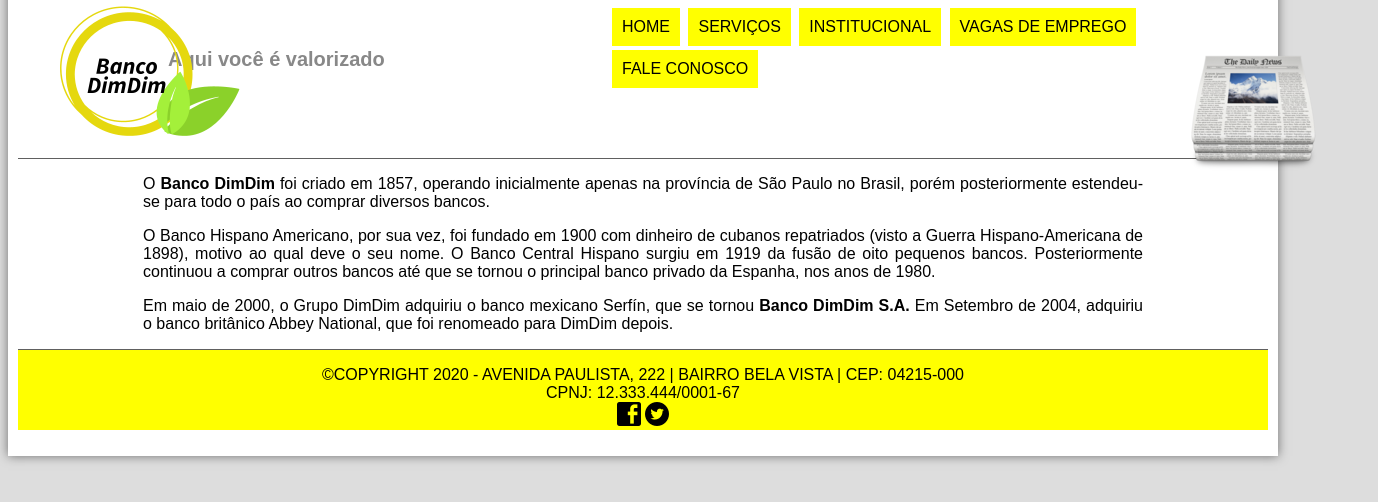
Repository: marceloShibuya/DevOps
Page: http://localhost/Nac_DevOPS/emprego.html
These files come from the project's save history. The page is drawn as it stood at one moment and after the next save; the edit follows.
The browser window is 1280 px wide. The page is 1317 px wide, then 1378 px, so the pictures cover 1378 px, including what lies to the right of the window. The pictures show the whole page.
Some web fonts or font styles are not loaded; a fallback is used. The page is served by Tomcat 9. Other server files are loaded and not shown.

Above is the page before, as saved 2020-02-24 21:36:31.

### Nac_DevOPS/WebContent/emprego.html
<!DOCTYPE html>
<html>
<head>
	<meta charset="utf-8">
	<title>Nac DevOPS</title>
	<link rel="stylesheet" type="text/css" href="_css/estilo.css">
</head>
<script src="_javascript/funcoes.js"></script>
<body>
<div id="interface">
	<header id="cabecalho">
		<hgroup>
			<h2>Aqui você é valorizado</h2>
		</hgroup>
		<img id="icone" src="_imagens/logo_DimDim.png">
		<img id="icone_2" src="_imagens/emprego.png">
	<nav id="menu">
		<ul>
			<li onmouseover="mudaFoto('_imagens/home.png')"
			onmouseout="mudaFoto('_imagens/emprego.png')"><a href="index.html">Home</a></li>
			<li onmouseover="mudaFoto('_imagens/especificacoes.png')"
			onmouseout="mudaFoto('_imagens/emprego.png')"><a href="servicos.html">Serviços</a></li>
			<li onmouseover="mudaFoto('_imagens/inst.jpg')"
			onmouseout="mudaFoto('_imagens/emprego.png')"><a href="institucional.html">Institucional</a></li>
			<li onmouseover="mudaFoto('_imagens/emprego.png')"
			onmouseout="mudaFoto('_imagens/emprego.png')"><a href="emprego.html">Vagas de emprego</a></li>
			<li onmouseover="mudaFoto('_imagens/contato.png')"
			onmouseout="mudaFoto('_imagens/emprego.png')"><a href="contato.html">Fale Conosco</a></li>
		</ul>
	</nav>
	</header>
<section id="corpo">

	<p>O <b>Banco DimDim</b> foi criado em 1857, operando inicialmente apenas na província de São Paulo no Brasil, porém posteriormente estendeu-se para todo o país ao comprar diversos bancos.</p>

	<p>O Banco Hispano Americano, por sua vez, foi fundado em 1900 com dinheiro de cubanos repatriados (visto a Guerra Hispano-Americana de 1898), motivo ao qual deve o seu nome. O Banco Central Hispano surgiu em 1919 da fusão de oito pequenos bancos. Posteriormente continuou a comprar outros bancos até que se tornou o principal banco privado da Espanha, nos anos de 1980.</p>

	<p>Em maio de 2000, o Grupo DimDim adquiriu o banco mexicano Serfín, que se tornou <b>Banco DimDim S.A.</b> Em Setembro de 2004, adquiriu o banco britânico Abbey National, que foi renomeado para DimDim depois.</p>


</section>

<footer id="rodape">
<p>&copy;Copyright 2020 - Avenida Paulista, 222 | Bairro Bela Vista | CEP: 04215-000 <br>
	CPNJ: 12.333.444/0001-67 <br>
<a href="http://facebook.com" target="_blank" ><img src="_imagens/facebook.png"></a>
<a href="http://twitter.com" target="_blank"><img src="_imagens/twitter.png"></a></p>
</footer>
</div>
</body>
</html>

### Nac_DevOPS/WebContent/_css/estilo.css
@import url('https://fonts.googleapis.com/css?family=Titillium+Web&display=swap');
@font-face {
	font-family: 'FonteLogo';
	src: url("../_fonts/bubblegum-sans-regular.otf");
}

body{
	font-family: arial, sans-serif;
	background-color: #dddddd;
	color: rgba(0,0,0,1);
	}

div#interface {
	width: 1250px;
	background-color: #ffffff;
	margin: -20px auto 0px auto;
	box-shadow: 0px 0px 10px rgba(0,0,0,.5);
	padding: 30px 10px 10px 10px;
}

header#cabecalho img#icone_2 {
	position: absolute;
	left: 1190px;
	top: 50px;
}

header#cabecalho img#icone {
	position: absolute;
	left: 50px;
	top: -20px;
}

header#cabecalho {
	border-bottom: 1px #606060 solid;
	height: 110px;
}

header#cabecalho h2 {
	font-family: 'Titillium Web', sans-serif;
	font-size: 15pt;
	color: #888888;
	padding: 0px;
	margin-top: 30px;
	margin-left: 150px;
}

p {
	font-family: 'FonteLogo', sans-serif;
	text-align: justify;
}

/* Formatação da foto */


figure.foto-legenda{
	position: relative;
	border: 8px solid white;
	box-shadow: 1px 1px 4px black;
}

figure.foto-legenda img{
	width: 100%;
	height: 100%;
}

figure.foto-legenda figcaption{
	position: absolute;
	top: 0px;
	background-color: rgba(0,0,0,.4);
	color: white;
	width: 100%;
	height: 100%;
	padding: 10px;
	box-sizing: border-box;
	opacity: 0;
	transition: opacity 1s;
}

figure.foto-legenda:hover figcaption{
	opacity: 1;
}

/*  Formatação do Menu*/


nav#menu{
	display: block;
}

nav#menu ul{
	list-style: none;
	text-transform: uppercase;
	position: absolute;
	top: -10px;
	left: 570px;
}

nav#menu li{
	display: inline-block;
	background-color: #ffff00;
	padding: 10px;
	margin: 2px;
	transition: background-color 1s;
}

nav#menu li:hover{
	background-color: #ffff00;
	color: #ffffff;
}

nav#menu h1{
	display: none;
}

nav#menu a{
	color: #000000;
	text-decoration: none;
}

nav#menu a:hover{
	color: #ffff;
}

.login__content {
	margin-left: 890px;
	margin-top: -25px;
	display: block;
	flex-direction: row;
	justify-content: center;

}

.login__title {
	margin-top: -20px;
	margin-left: 600px;
}

input#cpf {
	border-style: solid;
	border-color: #ffff00;
	box-shadow: 1px 1px 4px black;
}

input#senha {
	border-style: solid;
	border-color: #ffff00;
	box-shadow: 1px 1px 4px black;
}

.btn-full {
	background-color: #ffff00;
	text-transform: uppercase;
	box-shadow: 1px 1px 4px black;
}

span{
	color:white;
}

/* Formatação da Section */

section#corpo {
	display: block;
	width: 1000px;
	margin: auto;
}


footer#rodape {
	clear: both;
	border-top: 1px solid #606060;
	background-color: #ffff00;
}

footer#rodape p{
	text-transform: uppercase;
	text-align: center;
	font-family: 'Titillium Web', sans-serif;
}

### Nac_DevOPS/WebContent/_javascript/funcoes.js
function mudaFoto(foto){
	document.getElementById('icone_2').src = foto;
}

After the next save:
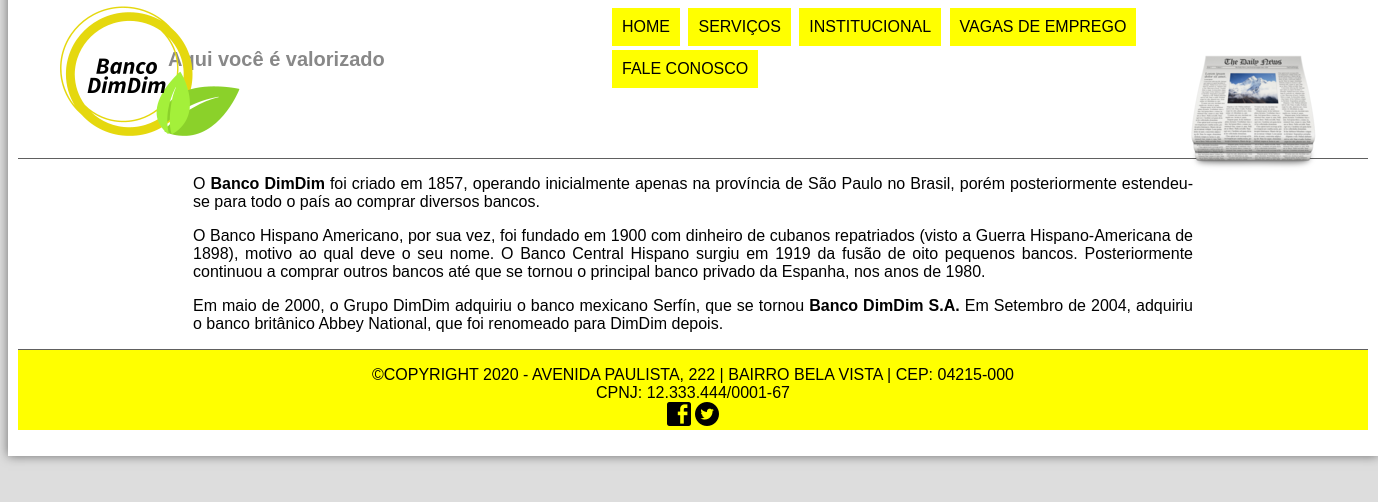
Saved 22 s later.
--- a/Nac_DevOPS/WebContent/_css/estilo.css
+++ b/Nac_DevOPS/WebContent/_css/estilo.css
@@ -11,7 +11,7 @@ body{
 	}
 
 div#interface {
-	width: 1250px;
+	width: 1350px;
 	background-color: #ffffff;
 	margin: -20px auto 0px auto;
 	box-shadow: 0px 0px 10px rgba(0,0,0,.5);
